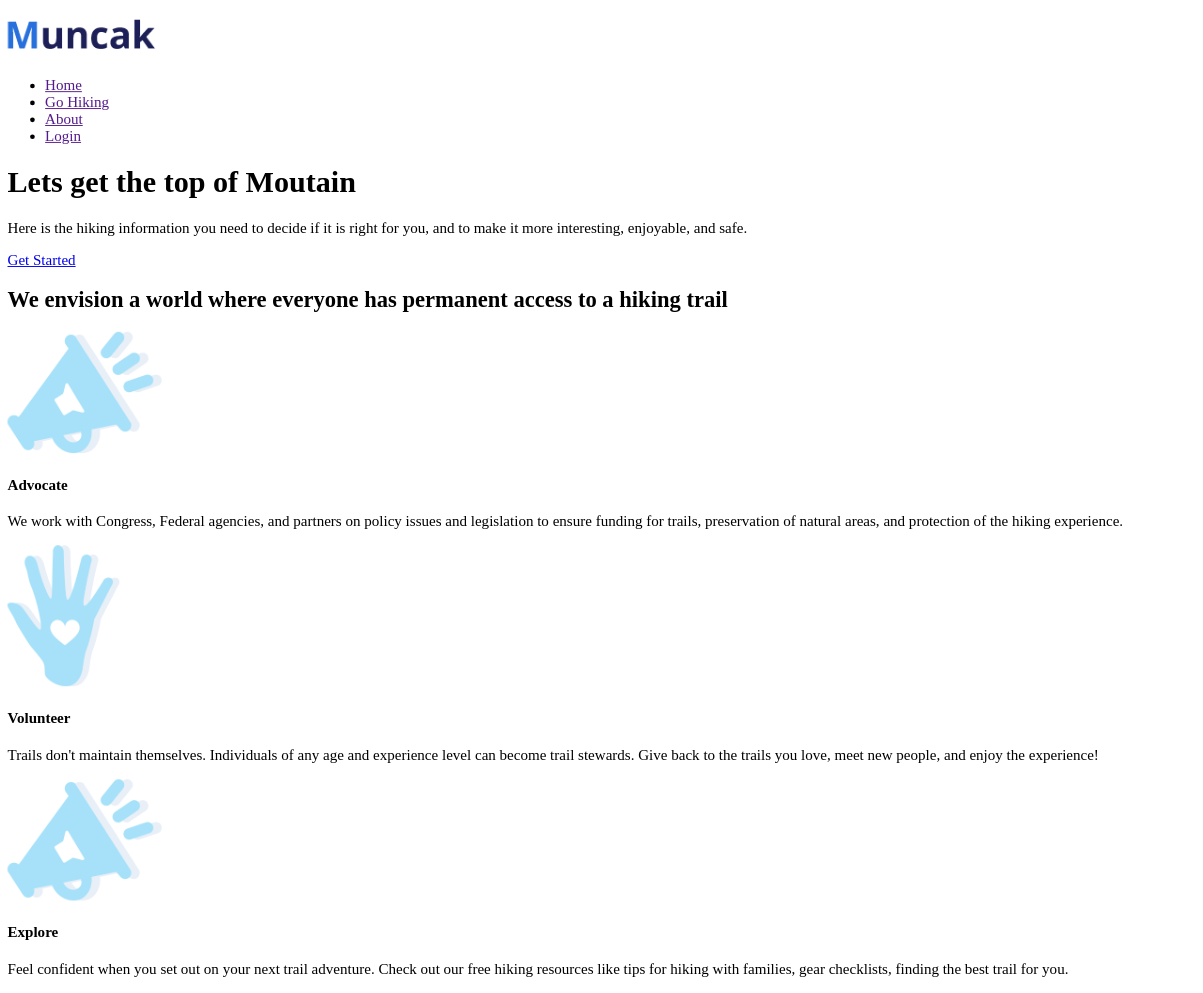
Repository: huubinh98/Project
Page: muncak/index.html
The author's editor kept a copy of each file at every save. The page is drawn from the files as they stood at one save, then again after the next save.
The browser window is 1280 px wide. The pictures show the whole page, at 94% of full size.

Above is the page before, as saved 2021-08-28 14:29:40.

After the next save:
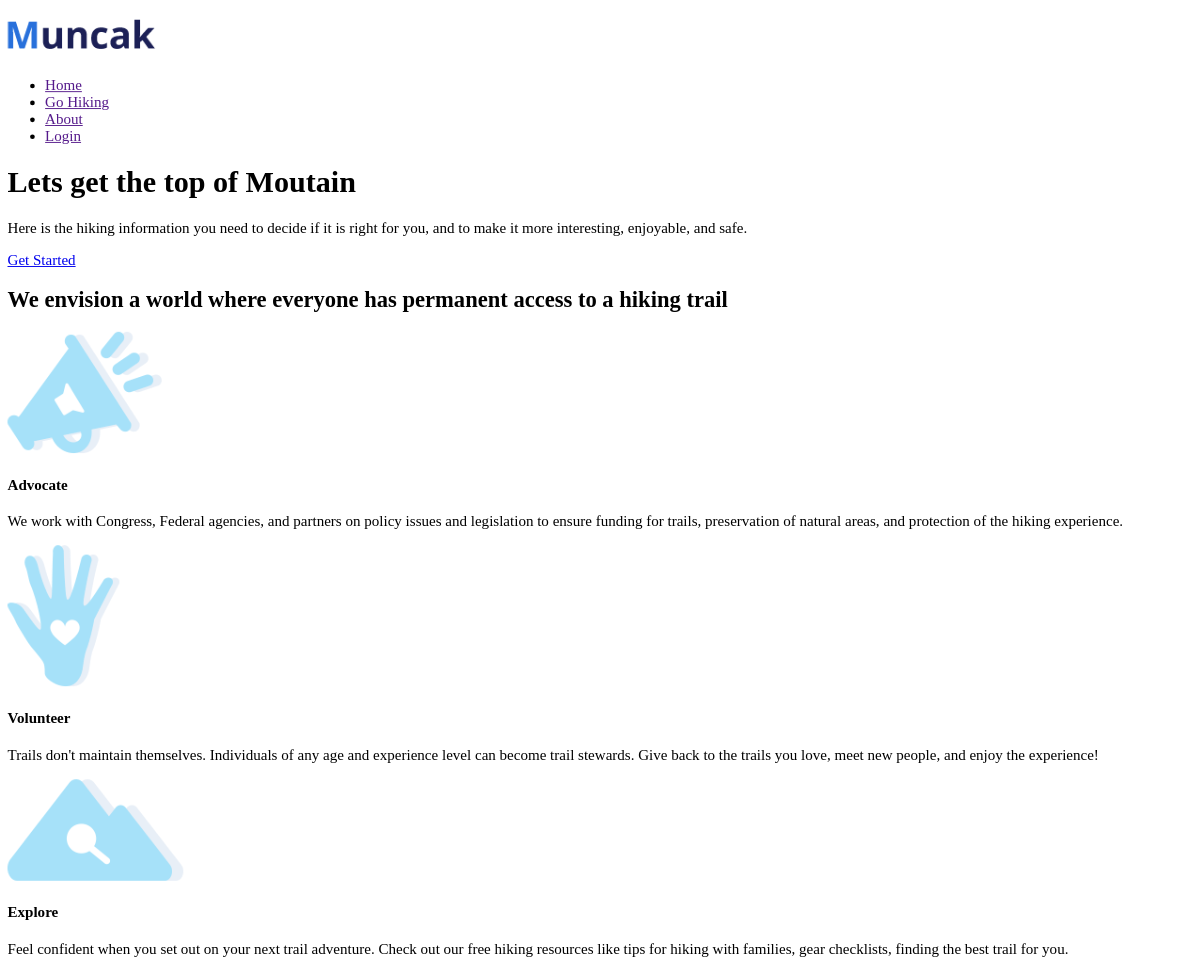
Saved 11 s later.
--- a/muncak/index.html
+++ b/muncak/index.html
@@ -61,7 +61,7 @@
                 </div>
             </div>
             <div class="about-item">
-                <img src="./image/loa.png" alt="loa" class="about-img">
+                <img src="./image/nui.png" alt="loa" class="about-img">
                 <div class="about-content">
                     <h4 class="about-content-heading">Explore</h4>
                     <p class="about-content-desc">Feel confident when you set out on your next trail adventure. Check out our free hiking resources like tips for hiking with families, gear checklists, finding the best trail for you.</p>
